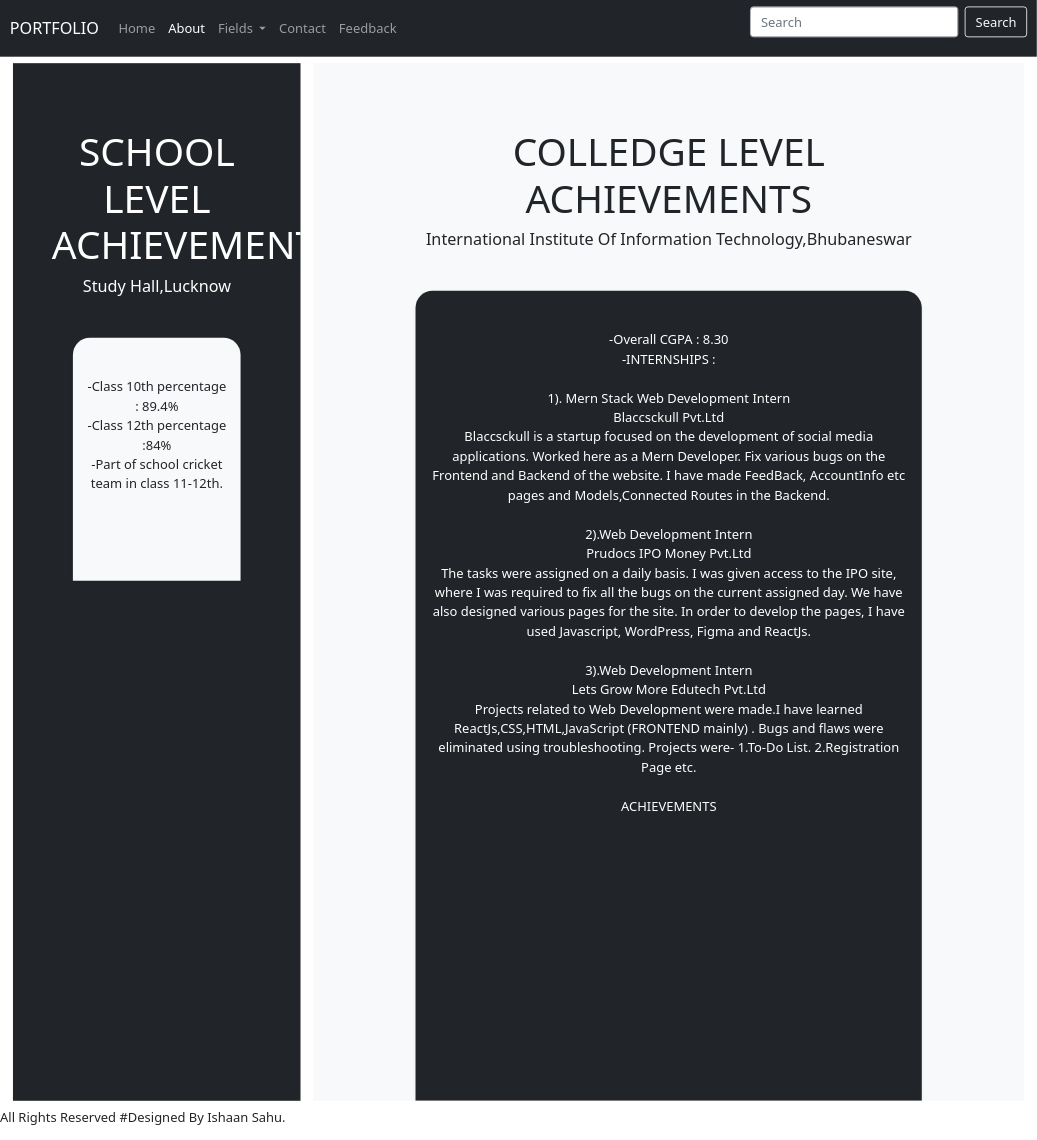
Repository: ishaan51551/Ishaan-s-Portfolio-
Page: about.html
The author's editor kept a copy of each file at every save. The page is drawn from the files as they stood at one save, then again after a run of saves.
The browser window is 1280 px wide. The pictures show the whole page, at 81% of full size.

Above is the page before, as saved 2023-09-13 16:19:34.

After the next 2 saves:
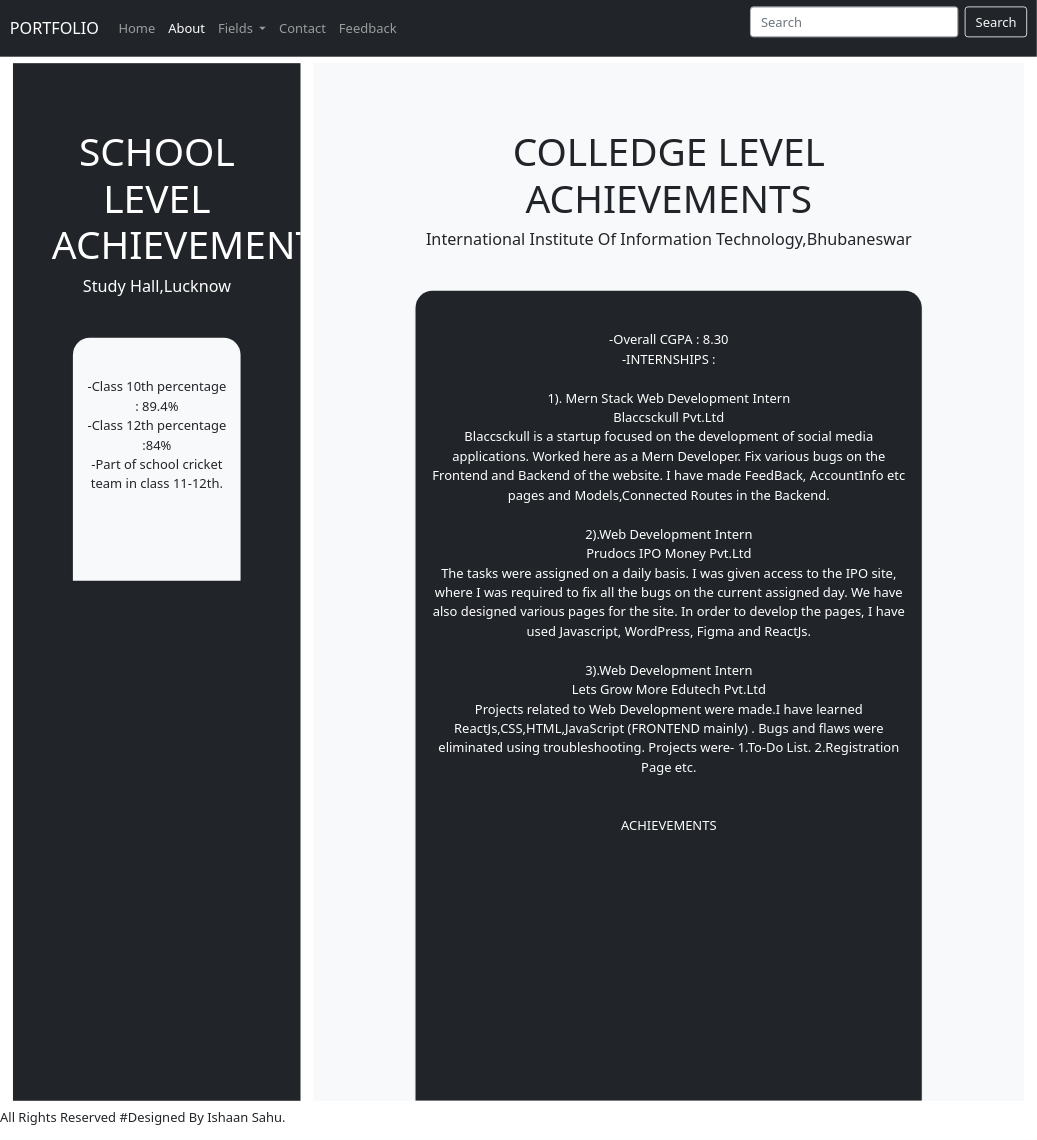
The 2 saves are shown as one change because they came seconds apart.
The last was saved 13 s later.
--- a/about.html
+++ b/about.html
@@ -126,10 +126,10 @@
           Projects were-
           1.To-Do List.
           2.Registration Page etc.
-<br><br>
-            ACHIEVEMENTS<br>
+          <br><br><br>
+          ACHIEVEMENTS<br>
 
-          </p>
+        </p>
         </p>
       </div>
     </div>
